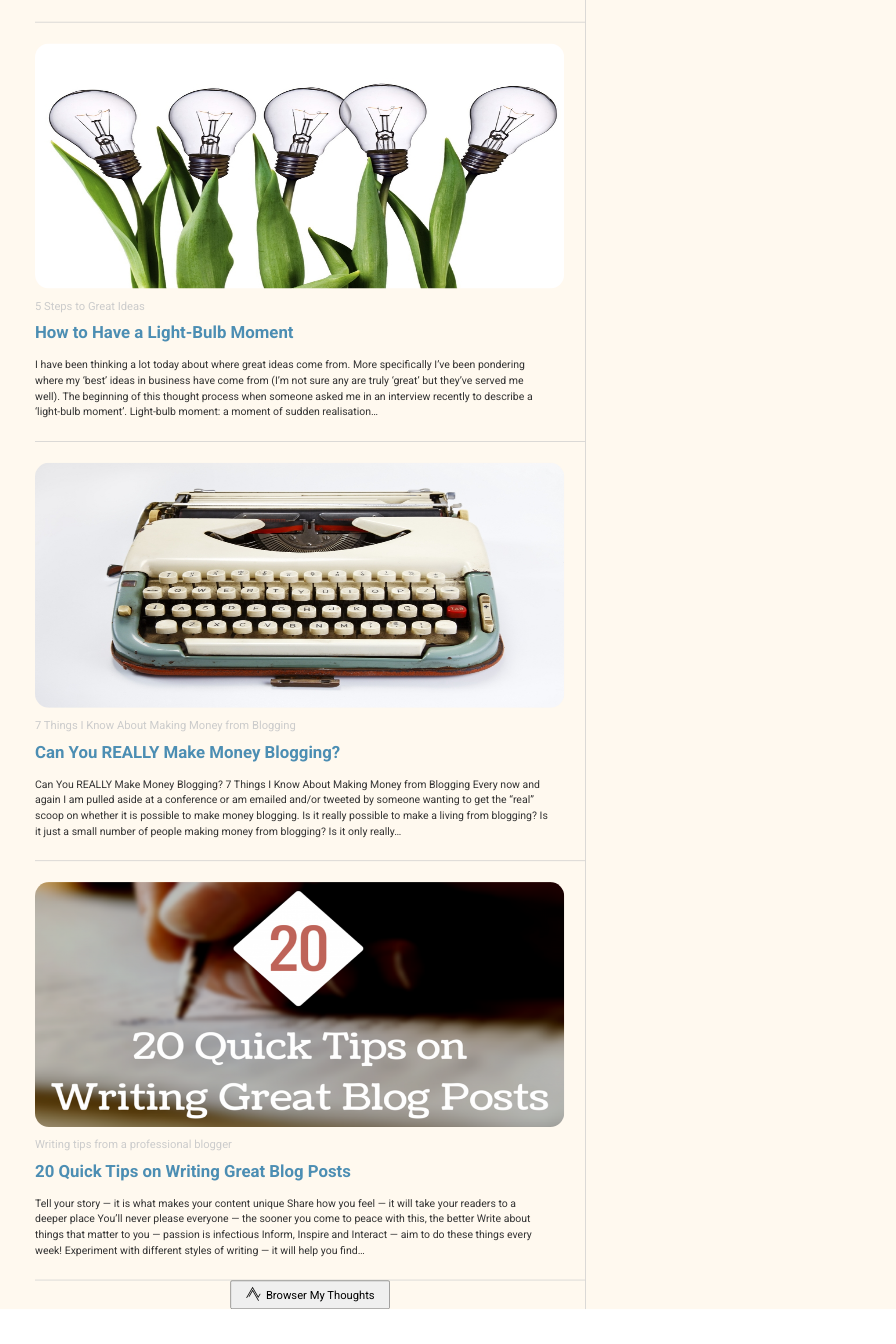
Repository: TranDinhTuann/Blog-Demo
Page: index.html
These files come from the project's save history. The page is drawn as it stood at one moment and after the next save; the edit follows.
The browser window is 1280 px wide. The pictures show the part of the page from y = 873 to 2793 px (the page is 2793 px tall), at 70% of full size.

Above is the page before, as saved 2023-03-22 20:52:08.

### index.html
<!DOCTYPE html>
<html lang="en">
<head>
    <meta charset="UTF-8">
    <meta http-equiv="X-UA-Compatible" content="IE=edge">
    <meta name="viewport" content="width=device-width, initial-scale=1.0">
    <title>Blog của Tuấn</title>
    <link rel="stylesheet" href="./assets/css/base.css">
    <link rel="stylesheet" href="./assets/css/main.css">
    <link rel="stylesheet" href="https://cdnjs.cloudflare.com/ajax/libs/normalize/8.0.1/normalize.min.css">
    <link rel="stylesheet" href="./assets/fonts/fontawesome-free-6.2.1-web/css/all.min.css">
    <link rel="preconnect" href="https://fonts.googleapis.com"><link rel="preconnect" href="https://fonts.gstatic.com" crossorigin><link href="https://fonts.googleapis.com/css2?family=Roboto:wght@300;400;500;700&display=swap" rel="stylesheet">
</head>
<body>
    <div class="app">
        <div class="header">
            <nav class="navbar">
                <a class="navbar__head">
                    <i class="navbar__head-icon fa-solid fa-graduation-cap"></i>
                    <div class="navbar__name">Tuan Tran</div>
                </a>

                <ul class="navbar__list">
                    <li class="navbar__list-item">
                        <a href="" class="navbar__list-item-link">
                            <i class="navbar__list-item-icon fa-regular fa-user"></i>
                            <span class="navbar__list-item-text">About</span>
                        </a>
                    </li>
                    <li class="navbar__list-item">
                        <a href="" class="navbar__list-item-link">
                            <i class="navbar__list-item-icon fa-brands fa-think-peaks"></i>
                            <span class="navbar__list-item-text">My Thoughts</span>
                        </a>
                    </li>
                    <li class="navbar__list-item">
                        <a href="" class="navbar__list-item-link">
                            <i class="navbar__list-item-icon fa-regular fa-location-dot"></i>
                            <span class="navbar__list-item-text">My Journey</span>
                        </a>
                    </li>
                    <li class="navbar__list-item">
                        <a href="" class="navbar__list-item-link">
                            <i class="navbar__list-item-icon fa-sharp fa-regular fa-camera-retro"></i>
                            <span class="navbar__list-item-text">My Photos</span>
                        </a>
                    </li>
                    <li class="navbar__list-item">
                        <a href="" class="navbar__list-item-link">
                            <i class="navbar__list-item-icon fa-regular fa-bell"></i>
                            <span class="navbar__list-item-text">Subscribe</span>
                        </a>
                    </li>
                </ul>
            </nav>

            <div class="intro">
                <div class="intro__img">
                    <img src="./assets/img/logo.JPG" alt="" class="intro__img-image">
                </div>
                <div class="intro__text">
                    <div class="intro__head">Hi! I'm Tuan Tran </div>
                    <div class="intro__des">Speaker, Author, Blogger, Podcaster & Founder of ProBlogger & Digital Photography School. Ambassador for WorldVision Aus. Father of 3 boys & husband to Vanessa.</div>
                </div>
            </div>
        </div>

        <div class="grid">
            <div class="grid1">
                <div class="content">
                    <div class="columns">
                        <div class="img-human">
                            <img class="img-ong" src="./assets/img/slider/human1.png" alt="">
                        </div>
                        <div class="column-text">
                            <p class="des">Tips for increasing your luckiness</p>
                            <div class="heading">How to Get Lucky</div>
                            <div class="sub-heading">I was in the right place at the right time back in 2002 when I started blogging and since that time serendipity has played a part in the building of my business. A few years back at the Inbound conference I spoke of my ‘lucky’ beginnings but also share some tips on how to cultivate ‘luck’ in your life by practicing 7 habits that I believe play a part. I’d love to hear your thoughts — what habits…</div>
                        </div>
                    </div>
                    <div class="columns">
                        <div class="img-human">
                            <img class="img-ong" src="./assets/img/slider/human2.jpg" alt="">
                        </div>
                        <div class="column-text">
                            <p class="des">5 Steps to Great Ideas</p>
                            <div class="heading">How to Have a Light-Bulb Moment</div>
                            <div class="sub-heading">I have been thinking a lot today about where great ideas come from. More specifically I’ve been pondering where my ‘best’ ideas in business have come from (I’m not sure any are truly ‘great’ but they’ve served me well). The beginning of this thought process when someone asked me in an interview recently to describe a ‘light-bulb moment’. Light-bulb moment: a moment of sudden realisation…</div>
                        </div>
                    </div>
                    <div class="columns">
                        <div class="img-human">
                            <img class="img-ong" src="./assets/img/slider/human3.jpg" alt="">
                        </div>
                        <div class="column-text">
                            <p class="des">7 Things I Know About Making Money from Blogging</p>
                            <div class="heading">Can You REALLY Make Money Blogging?</div>
                            <div class="sub-heading">Can You REALLY Make Money Blogging? 7 Things I Know About Making Money from Blogging Every now and again I am pulled aside at a conference or am emailed and/or tweeted by someone wanting to get the “real” scoop on whether it is possible to make money blogging. Is it really possible to make a living from blogging? Is it just a small number of people making money from blogging? Is it only really…</div>
                        </div>
                    </div>
                    <div class="columns">
                        <div class="img-human">
                            <img class="img-ong" src="./assets/img/slider/human4.png" alt="">
                        </div>
                        <div class="column-text">
                            <p class="des">Writing tips from a professional blogger</p>
                            <div class="heading">20 Quick Tips on Writing Great Blog Posts</div>
                            <div class="sub-heading">Tell your story — it is what makes your content unique Share how you feel — it will take your readers to a deeper place You’ll never please everyone — the sooner you come to peace with this, the better Write about things that matter to you — passion is infectious Inform, Inspire and Interact — aim to do these things every week! Experiment with different styles of writing — it will help you find…</div>
                        </div>
                    </div>
                    <div class="btn-content">
                        <button class="btn-thought">
                            <i class="navbar__list-item-icon fa-brands fa-think-peaks"></i>
                            <span class="my-thoughts">Browser My Thoughts</span>
                        </button>
                    </div>
                </div>

                <div class="sitebar">

                </div>
            </div>
        </div>

        <footer class="footer">

        </footer>
    </div>
</body>
</html>

### assets/css/base.css
:root {
    --white-color: #fff;
    --black-color: #000;
    --text-color: #333;
    --primary-color: #fff9ef;
    --header-primary-color: rgb(255, 253, 249);
}

* {
    box-sizing: inherit;
}

html {
    /* hack */
    font-size: 62.5%;
    line-height: 1.6rem;
    font-family: 'Roboto', sans-serif;
    box-sizing: border-box;
}

@keyframes fadeIn {
    from{
        opacity: 0;
    }
    to{
        opacity: 1;
    }
}

@keyframes growth {
    from{
        transform: calc(0);
    }
    to{
        transform: calc(1);
    }
}

.img-ong{
    width: 100%;
    height: 350px;
    display: block;
    border-radius: 20px;
}
.img-human{
    margin-right: 30px;
    height: 350px;
    display: block;
}

### assets/css/main.css
.app{
    height: 1000px;
    background-color: rgb(255, 253, 249);
}

.header{
    height: 280px;
    margin: 0 50px;
}

.navbar{
    height: 60px;
    border-bottom: 1px solid #ccc;
    display: flex;
    align-items: center;
    justify-content: space-between;
}

.navbar__head-icon {
    font-size: 2rem;
    margin-right: 8px;
}

.navbar__name {
    font-size: 2rem;

}

.navbar__head {
    display: flex;
}

.navbar__head:hover {
    cursor: pointer;
    opacity: 0.5;
}

.navbar__list {
    display: flex;
    list-style: none;
    font-size: 1.4rem;
}

.navbar__list-item {
    padding: 0 16px;
    line-height: 60px;
}

.navbar__list-item:hover {
    cursor: pointer;
    opacity: 0.5;
}

.navbar__list-item-link {
    color: #000;
    text-decoration: none;
}

.navbar__list-item-icon{
    font-size: 2rem;
    padding-right: 4px;
}


.intro {
    display: flex;
    margin-top: 50px;
}

.intro__img {
    width: 30%;
    height: 50px;
}

.intro__img-image {
    width: 100%;
    background-size:cover;
}

.intro__text{
    padding-left: 40px;
}

.intro__head {
    font-size: 3rem;
}

.intro__des {
    font-size: 1.8rem;
    padding: 10px 250px 0 0;
    line-height: 2.4rem;
}


/* Grid */
.grid {
    background-color: rgb(255, 249, 239);
    /* height: 6000px; */
    /* display: flex; */
}
.grid1  {
    margin: 0 50px;
    display: flex;
    padding-top: 26px;
}
.content {
    border-right: 1px solid #ccc;
    /* height: 600px; */
    flex: 2;
}
.columns {
    padding: 30px 0;
    border-bottom: 1px solid #ccc;
}
.sitebar {
    flex: 1;
}

.column-text{
    padding: 0 50px 0 0;
}
.des{
    font-size: 16px;
    color: #ccc;
}
.heading {
    font-size: 24px;
    font-weight: 700;
    color: #4c8eb3;
}
.sub-heading {
    color: #333333;
    font-size: 15px;
    padding-top: 20px;
    line-height: 1.5;
}
.btn-content{
    display: flex;
    align-items: center;
    justify-content: center;
    color: #000;
}
.btn-thought {
    padding: 8px 20px;
    display: block;
}
.my-thoughts{
    font-size: 16px;
}

/* footer */
.footer{
    height: 50px;
}

Loaded but not shown: assets/fonts/fontawesome-free-6.2.1-web/css/all.min.css (library)

After the next save:
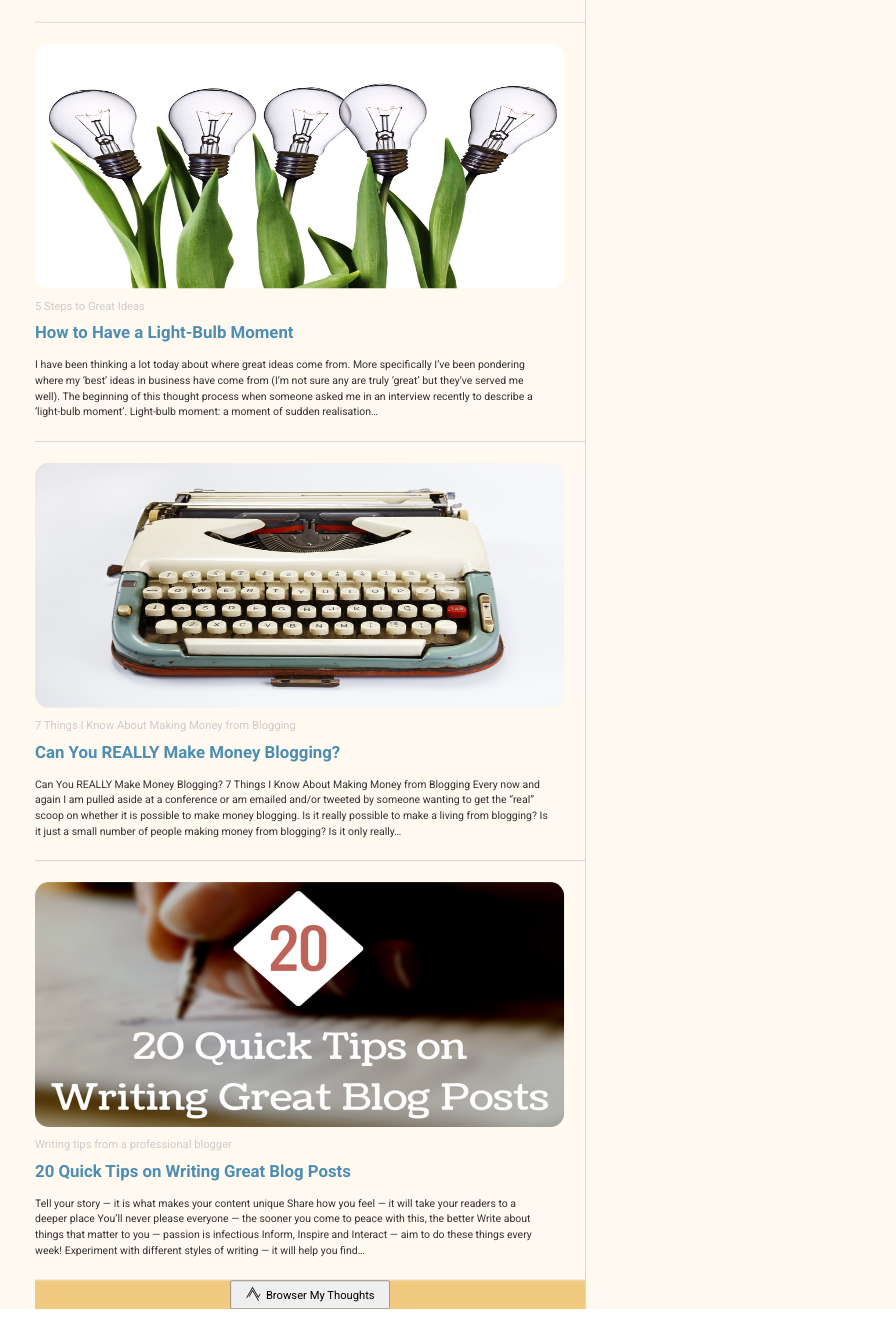
Saved 41 s later.
--- a/assets/css/main.css
+++ b/assets/css/main.css
@@ -139,6 +139,7 @@
     align-items: center;
     justify-content: center;
     color: #000;
+    background-color: rgb(241, 202, 130);
 }
 .btn-thought {
     padding: 8px 20px;
